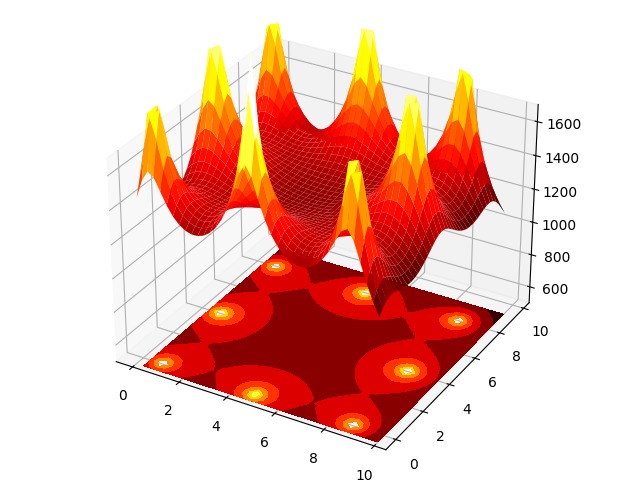
Repository: Jaamunozr/Archivos-python
Script's output: python Archivos Python/Graficas/tierras.py
These files come from the project's save history. The script's output is drawn as it stood at one moment and after the next save; the edit follows.
Random numbers start from a fixed seed.

Above is the script's output before, as saved 2020-02-19 11:57:07.

After the next save:
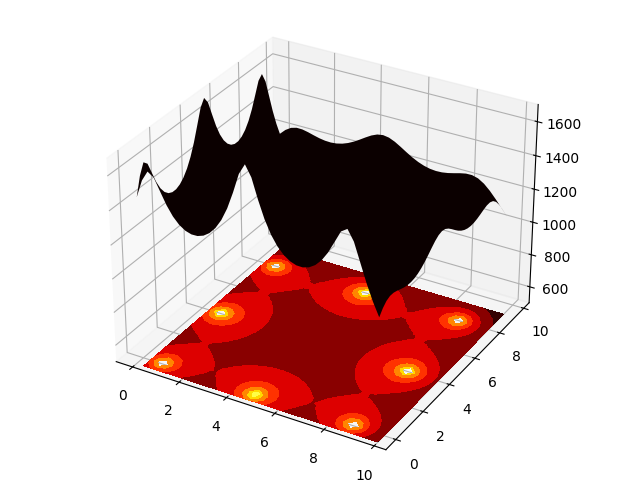
Saved 47 s later.
--- a/Archivos Python/Graficas/tierras.py
+++ b/Archivos Python/Graficas/tierras.py
@@ -51,7 +51,7 @@ print(ax)
 print(ay)
 Z = raiz(abs(X ** 3 + Y ** 3))
 
-axx.plot_surface(X, Y, Vt, rstride=1, cstride=1, cmap=pl.cm.hot)
+axx.plot_surface(X, Y, Vt, rstride=400, cstride=400, cmap=pl.cm.hot)
 axx.contourf(X, Y, Vt, zdir='z', offset=450, cmap=pl.cm.hot)
 axx.set_zlim(500, 1700)
 
